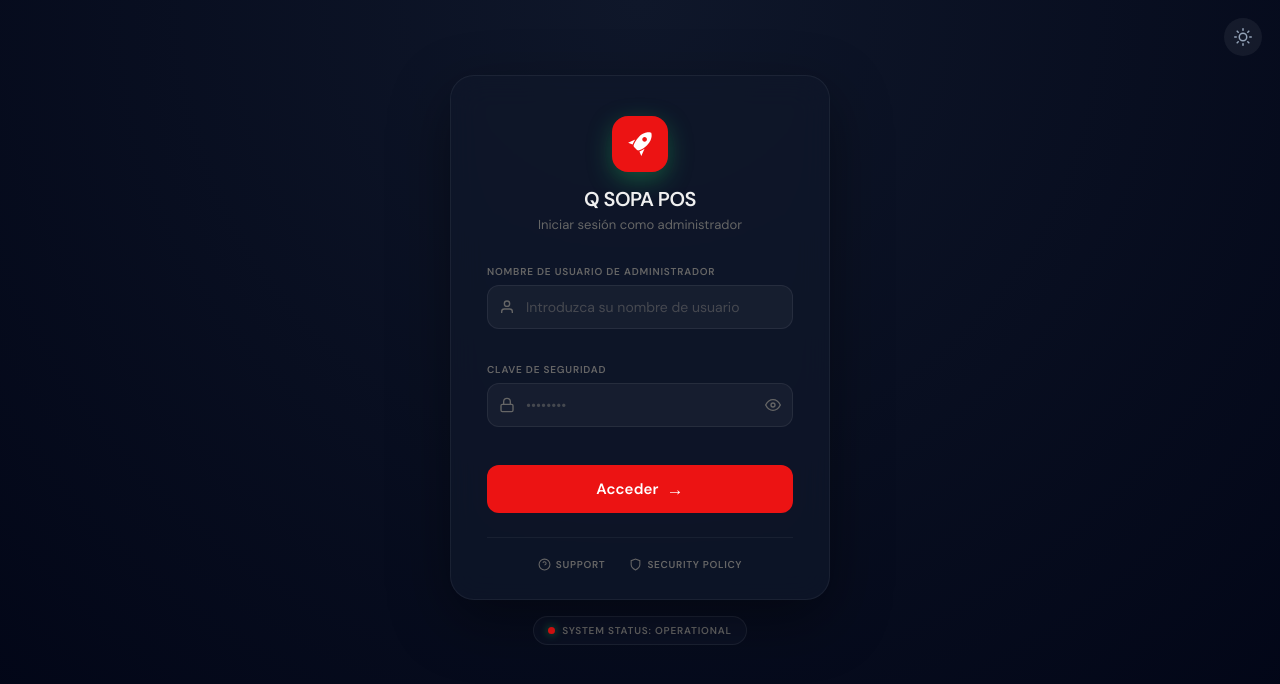
Repository: JhonnyDiaz4753/Admin_Q_sopa
Page: /pos
An editor plug-in stored every save of this project. The page is shown before and after the next save, followed by the edit.
The browser window is 1280 px wide. The pictures show the whole page.
The project was rebuilt for these pictures with package versions that can differ from the ones it lists, and the page was loaded fresh each time. Also part of the build but not shown: vite.config.js, src/components/Sidebar/Sidebar.jsx, src/components/Topbar/Topbar.css, src/components/Topbar/Topbar.jsx, src/components/AdminLayout.css, src/components/AdminLayout.jsx, src/components/Dashboard/Dashboard.css, src/components/Dashboard/Dashboard.jsx and 10 more.

Above is the page before, as saved 2026-03-18 16:29:37.

### index.html
<!doctype html>
<html lang="en">
  <head>
    <meta charset="UTF-8" />
    <link rel="icon" type="image/svg+xml" href="src/assets/logo_Q-spoa.jpg" />
    <meta name="viewport" content="width=device-width, initial-scale=1.0" />
    <title>admin-q-sopa</title>
    <!-- Material Symbols -->
    <link
      href="https://fonts.googleapis.com/css2?family=Material+Symbols+Outlined:opsz,wght,FILL,GRAD@20..48,100..700,0..1,-50..200"
      rel="stylesheet"
    />
    <!-- Google Fonts -->
    <link
      href="https://fonts.googleapis.com/css2?family=DM+Sans:wght@300;400;500;600&family=DM+Mono:wght@400;500&display=swap"
      rel="stylesheet"
    />
  </head>
  <body>
    <div id="root"></div>
    <script type="module" src="/src/main.jsx"></script>
  </body>
</html>

### src/main.jsx
import { StrictMode } from 'react'
import { createRoot } from 'react-dom/client'
import "./index.css"
import "./theme.css"
import App from './App.jsx'

createRoot(document.getElementById('root')).render(
  <StrictMode>
    <App />
  </StrictMode>,
)

### src/index.css
/* Reset limpio — todo lo maneja theme.css */
*, *::before, *::after {
  box-sizing: border-box;
  margin: 0;
  padding: 0;
}

### src/theme.css

:root {
  --accent:          #ec1313;
  --accent-hover:    #c40b0b;
  --accent-soft:     rgba(236,19,19,0.10);
  --accent-glow:     rgba(236,19,19,0.25);

  --bg-page:         #0f0f0f;
  --bg-sidebar:      #141414;
  --bg-card:         #1a1a1a;
  --bg-element:      #222222;
  --bg-input:        #1e1e1e;

  --border:          #2a2a2a;
  --border-light:    #333333;

  --text-1:          #f0f0f0;
  --text-2:          #aaaaaa;
  --text-3:          #666666;

  --success:         #22c55e;
  --warning:         #f59e0b;
  --info:            #3b82f6;

  --sidebar-w:       240px;
  --topbar-h:        64px;
  --radius:          10px;
  --radius-lg:       16px;

  --font-main:       'DM Sans', sans-serif;
  --font-mono:       'DM Mono', monospace;

  --transition:      background-color 0.25s ease, color 0.25s ease, border-color 0.25s ease;
}

html.light {
  --bg-page:         #f2f2f0;
  --bg-sidebar:      #ffffff;
  --bg-card:         #ffffff;
  --bg-element:      #f0f0ee;
  --bg-input:        #f7f7f5;

  --border:          #e5e5e0;
  --border-light:    #d8d8d3;

  --text-1:          #111111;
  --text-2:          #555555;
  --text-3:          #999999;
}

*, *::before, *::after {
  box-sizing: border-box;
  margin: 0;
  padding: 0;
  transition: var(--transition);
}

body {
  font-family: var(--font-main);
  background: var(--bg-page);
  color: var(--text-1);
  min-height: 100vh;
  font-size: 14px;
  -webkit-font-smoothing: antialiased;
}

#root {

  min-height: 100vh;
}

button { font-family: var(--font-main); cursor: pointer; }
input, select, textarea { font-family: var(--font-main); }
a { text-decoration: none; color: inherit; }

### src/App.jsx
import { useState } from "react";
import { BrowserRouter, Routes, Route } from "react-router-dom";
import "./theme.css";
import AdminLayout  from "./components/AdminLayout";
import Dashboard    from "./components/Dashboard/Dashboard";
import Categorias   from "./components/Categorias/Categorias";
import Productos    from "./components/Productos/Productos";
import Ingredientes from "./components/Ingredientes/Ingredientes";
import POS          from "./components/POS/POS";
import Ventas       from "./components/Ventas/Ventas";
import Login        from "./components/Login/Login";
import { ToastContainer } from "react-toastify";
import { useTheme } from "./hooks/useTheme";

function App() {
  const { theme } = useTheme();

  // Verifica si ya hay token guardado al cargar la app
  const [auth, setAuth] = useState(
    () => !!localStorage.getItem("admin-token")
  );

  const handleLogin = () => setAuth(true);

  const handleLogout = () => {
    localStorage.removeItem("admin-token");
    setAuth(false);
  };

  // Si no está autenticado → pantalla de login
  if (!auth) {
    return (
      <>
        <ToastContainer
          position="bottom-right"
          autoClose={3000}
          hideProgressBar={false}
          newestOnTop
          closeOnClick
          pauseOnHover
          theme={theme}
        />
        <Login onLogin={handleLogin} />
      </>
    );
  }

  // Si está autenticado → app completa
  return (
    <BrowserRouter>
      <ToastContainer
        position="bottom-right"
        autoClose={3000}
        hideProgressBar={false}
        newestOnTop
        closeOnClick
        pauseOnHover
        theme={theme}
      />
      <Routes>
        <Route element={<AdminLayout onLogout={handleLogout} />}>
          <Route index               element={<Dashboard />}    />
          <Route path="pos"          element={<POS />}          />
          <Route path="productos"    element={<Productos />}    />
          <Route path="categorias"   element={<Categorias />}   />
          <Route path="ingredientes" element={<Ingredientes />} />
          <Route path="ventas"       element={<Ventas />}       />
        </Route>
      </Routes>
    </BrowserRouter>
  );
}

export default App;

### src/components/Login/Login.jsx
import { useState } from "react";
import { login } from "../../services/api";
import { useTheme } from "../../hooks/useTheme";
import "./Login.css";


export default function Login({ onLogin }) {
  const [form, setForm] = useState({ username: "", password: "" });
  const [error, setError] = useState(null);
  const [loading, setLoading] = useState(false);
  const [showPassword, setShowPassword] = useState(false);
  const { theme, toggle } = useTheme();

  const handleSubmit = async e => {
    e.preventDefault();
    setLoading(true);
    setError(null);
    try {
      const data = await login(form.username, form.password);
      if (data.token) {
        localStorage.setItem("admin-token", data.token);
        onLogin();
      } else {
        setError(data.error ?? "Credenciales inválidas");
      }
    } catch {
      setError("Error de conexión");
    } finally {
      setLoading(false);
    }
  };

  return (
    <div className="login-wrapper">

      {/* ── Theme toggle ── */}
      <button
        className="theme-toggle"
        onClick={toggle}
        title={theme === "dark" ? "Modo claro" : "Modo oscuro"}
        type="button"
      >
        {theme === "dark" ? (
          <svg width="18" height="18" viewBox="0 0 24 24" fill="none" stroke="currentColor" strokeWidth="2" strokeLinecap="round" strokeLinejoin="round">
            <circle cx="12" cy="12" r="5"/>
            <line x1="12" y1="1" x2="12" y2="3"/><line x1="12" y1="21" x2="12" y2="23"/>
            <line x1="4.22" y1="4.22" x2="5.64" y2="5.64"/><line x1="18.36" y1="18.36" x2="19.78" y2="19.78"/>
            <line x1="1" y1="12" x2="3" y2="12"/><line x1="21" y1="12" x2="23" y2="12"/>
            <line x1="4.22" y1="19.78" x2="5.64" y2="18.36"/><line x1="18.36" y1="5.64" x2="19.78" y2="4.22"/>
          </svg>
        ) : (
          <svg width="18" height="18" viewBox="0 0 24 24" fill="none" stroke="currentColor" strokeWidth="2" strokeLinecap="round" strokeLinejoin="round">
            <path d="M21 12.79A9 9 0 1 1 11.21 3 7 7 0 0 0 21 12.79z"/>
          </svg>
        )}
      </button>

      <div className="login-card">

        {/* ── Header ── */}
        <div className="login-header">
          <div className="login-logo">
            <svg width="28" height="28" viewBox="0 0 24 24" fill="white">
              <path d="M13.13 22.19L11.5 18.36C13.07 17.78 14.54 17 15.9 16.09L13.13 22.19ZM5.64 12.5L1.81 10.87L7.91 8.1C7 9.46 6.22 10.93 5.64 12.5ZM21.61 2.39C21.61 2.39 16.66 .269 11 5.93C8.81 8.12 7.5 10.53 6.65 12.64C6.37 13.39 6.56 14.21 7.11 14.77L9.24 16.89C9.79 17.45 10.61 17.63 11.36 17.35C13.5 16.53 15.88 15.19 18.07 13C23.73 7.34 21.61 2.39 21.61 2.39ZM14.54 9.46C13.76 8.68 13.76 7.41 14.54 6.63C15.32 5.85 16.59 5.85 17.37 6.63C18.14 7.41 18.15 8.68 17.37 9.46C16.59 10.24 15.32 10.24 14.54 9.46Z"/>
            </svg>
          </div>
          <h1 className="login-brand"> Q SOPA POS</h1>
          <p className="login-subtitle">Iniciar sesión como administrador</p>
        </div>

        <form onSubmit={handleSubmit} className="login-form">

          {/* Username */}
          <div className="form-group">
            <label>NOMBRE DE USUARIO DE ADMINISTRADOR</label>
            <div className="input-wrapper">
              <span className="input-icon">
                <svg width="16" height="16" viewBox="0 0 24 24" fill="none" stroke="currentColor" strokeWidth="2">
                  <path d="M20 21v-2a4 4 0 0 0-4-4H8a4 4 0 0 0-4 4v2"/>
                  <circle cx="12" cy="7" r="4"/>
                </svg>
              </span>
              <input
                type="text"
                placeholder="Introduzca su nombre de usuario"
                value={form.username}
                onChange={e => setForm(f => ({ ...f, username: e.target.value }))}
                required
              />
            </div>
          </div>

          {/* Password */}
          <div className="form-group">
            <div className="form-group-header">
              <label>CLAVE DE SEGURIDAD</label>

            </div>
            <div className="input-wrapper">
              <span className="input-icon">
                <svg width="16" height="16" viewBox="0 0 24 24" fill="none" stroke="currentColor" strokeWidth="2">
                  <rect x="3" y="11" width="18" height="11" rx="2" ry="2"/>
                  <path d="M7 11V7a5 5 0 0 1 10 0v4"/>
                </svg>
              </span>
              <input
                type={showPassword ? "text" : "password"}
                placeholder="••••••••"
                value={form.password}
                onChange={e => setForm(f => ({ ...f, password: e.target.value }))}
                required
              />
              <button type="button" className="toggle-password" onClick={() => setShowPassword(v => !v)} tabIndex={-1}>
                {showPassword ? (
                  <svg width="16" height="16" viewBox="0 0 24 24" fill="none" stroke="currentColor" strokeWidth="2">
                    <path d="M17.94 17.94A10.07 10.07 0 0 1 12 20c-7 0-11-8-11-8a18.45 18.45 0 0 1 5.06-5.94"/>
                    <path d="M9.9 4.24A9.12 9.12 0 0 1 12 4c7 0 11 8 11 8a18.5 18.5 0 0 1-2.16 3.19"/>
                    <line x1="1" y1="1" x2="23" y2="23"/>
                  </svg>
                ) : (
                  <svg width="16" height="16" viewBox="0 0 24 24" fill="none" stroke="currentColor" strokeWidth="2">
                    <path d="M1 12s4-8 11-8 11 8 11 8-4 8-11 8-11-8-11-8z"/>
                    <circle cx="12" cy="12" r="3"/>
                  </svg>
                )}
              </button>
            </div>
          </div>

          {error && <div className="login-error">{error}</div>}

          <button className="login-btn" disabled={loading}>
            {loading ? "Verificando..." : <><span>Acceder</span><span className="btn-arrow">→</span></>}
          </button>
        </form>

        {/* Footer */}
        <div className="login-footer">
          <a href="#" className="footer-link">
            <svg width="13" height="13" viewBox="0 0 24 24" fill="none" stroke="currentColor" strokeWidth="2">
              <circle cx="12" cy="12" r="10"/>
              <path d="M9.09 9a3 3 0 0 1 5.83 1c0 2-3 3-3 3"/>
              <line x1="12" y1="17" x2="12.01" y2="17"/>
            </svg>
            SUPPORT
          </a>
          <a href="#" className="footer-link">
            <svg width="13" height="13" viewBox="0 0 24 24" fill="none" stroke="currentColor" strokeWidth="2">
              <path d="M12 22s8-4 8-10V5l-8-3-8 3v7c0 6 8 10 8 10z"/>
            </svg>
            SECURITY POLICY
          </a>
        </div>
      </div>

      {/* System status */}
      <div className="system-status">
        <span className="status-dot"></span>
        SYSTEM STATUS: OPERATIONAL
      </div>
    </div>
  );
}

### src/components/shared/Modal.css
.modal-overlay {
  position: fixed; inset: 0;
  background: rgba(0,0,0,0.7);
  backdrop-filter: blur(4px);
  z-index: 200;
  display: flex; align-items: center; justify-content: center;
  padding: 20px;
  animation: fadeIn 0.15s ease;
}
@keyframes fadeIn { from { opacity: 0; } to { opacity: 1; } }

.modal-box {
  background: var(--bg-card);
  border: 1px solid var(--border-light);
  border-radius: var(--radius-lg);
  width: 100%; max-width: 480px;
  max-height: 90vh; overflow-y: auto;
  scrollbar-width: none;
  animation: slideUp 0.2s cubic-bezier(0.34,1.56,0.64,1);
}
.modal-box::-webkit-scrollbar { display: none; }
@keyframes slideUp {
  from { opacity: 0; transform: scale(0.94) translateY(16px); }
  to   { opacity: 1; transform: scale(1) translateY(0); }
}

.modal-header {
  display: flex; align-items: center; justify-content: space-between;
  padding: 20px 24px 16px;
  border-bottom: 1px solid var(--border);
}
.modal-title { font-size: 16px; font-weight: 600; color: var(--text-1); }
.modal-close {
  width: 32px; height: 32px; border-radius: 50%;
  background: var(--bg-element); border: none;
  color: var(--text-2); display: flex; align-items: center; justify-content: center;
  transition: all 0.2s;
}
.modal-close:hover { background: var(--accent); color: white; transform: rotate(90deg); }
.modal-close .material-symbols-outlined { font-size: 18px; }

.modal-body { padding: 20px 24px 24px; }

/* Form styles reutilizables */
.form-group {
  display: flex; flex-direction: column; gap: 6px;
  margin-bottom: 16px;
}
.form-group:last-child { margin-bottom: 0; }
.form-label {
  font-size: 12px; font-weight: 600;
  color: var(--text-2); text-transform: uppercase; letter-spacing: 0.5px;
}
.form-input, .form-select, .form-textarea {
  background: var(--bg-input);
  border: 1px solid var(--border);
  border-radius: var(--radius);
  padding: 10px 12px;
  color: var(--text-1);
  font-size: 14px;
  outline: none;
  transition: border-color 0.2s;
  width: 100%;
}
.form-input:focus, .form-select:focus, .form-textarea:focus {
  border-color: var(--accent);
}
.form-textarea { resize: vertical; min-height: 80px; }
.form-select option { background: var(--bg-card); }

.form-row { display: grid; grid-template-columns: 1fr 1fr; gap: 12px; }

.form-toggle {
  display: flex; align-items: center; gap: 10px;
  padding: 10px 0;
}
.toggle-switch {
  position: relative; width: 40px; height: 22px;
}
.toggle-switch input { opacity: 0; width: 0; height: 0; }
.toggle-slider {
  position: absolute; inset: 0;
  background: var(--bg-element);
  border: 1px solid var(--border);
  border-radius: 22px;
  cursor: pointer;
  transition: 0.2s;
}
.toggle-slider::before {
  content: "";
  position: absolute;
  width: 16px; height: 16px;
  left: 2px; top: 2px;
  background: var(--text-3);
  border-radius: 50%;
  transition: 0.2s;
}
.toggle-switch input:checked + .toggle-slider { background: var(--accent); border-color: var(--accent); }
.toggle-switch input:checked + .toggle-slider::before { transform: translateX(18px); background: white; }
.toggle-label { font-size: 14px; color: var(--text-1); }

.form-actions {
  display: flex; gap: 10px; justify-content: flex-end;
  margin-top: 20px; padding-top: 16px;
  border-top: 1px solid var(--border);
}
.btn { padding: 9px 20px; border-radius: var(--radius); font-size: 13.5px; font-weight: 500; border: none; transition: all 0.2s; }
.btn-primary { background: var(--accent); color: white; }
.btn-primary:hover { background: var(--accent-hover); }
.btn-secondary { background: var(--bg-element); color: var(--text-1); border: 1px solid var(--border); }
.btn-secondary:hover { border-color: var(--border-light); }
.btn-danger { background: rgba(239,68,68,0.1); color: #ef4444; border: 1px solid rgba(239,68,68,0.2); }
.btn-danger:hover { background: #ef4444; color: white; }

### src/components/Sidebar/Sidebar.css
.sidebar {
  width: var(--sidebar-w);
  min-height: 100vh;
  background: var(--bg-sidebar);
  border-right: 1px solid var(--border);
  display: flex;
  flex-direction: column;
  position: fixed;
  top: 0; left: 0; bottom: 0;
  z-index: 50;
  transition: width 0.25s cubic-bezier(0.4,0,0.2,1),
              transform 0.25s cubic-bezier(0.4,0,0.2,1);
  overflow: hidden;
}

/* Desktop: colapsado */
.sidebar.collapsed { width: 64px; }

/* Header */
.sidebar-header {
  display: flex;
  align-items: center;
  justify-content: space-between;
  padding: 16px 12px;
  border-bottom: 1px solid var(--border);
  min-height: var(--topbar-h);
}

.sidebar-brand {
  display: flex;
  align-items: center;
  gap: 10px;
  overflow: hidden;
}

.sidebar-logo {
  width: 36px;
  height: 36px;
  border-radius: 50%;
  object-fit: cover;
  border: 2px solid var(--accent);
  flex-shrink: 0;
}

.sidebar-name {
  font-size: 15px;
  font-weight: 600;
  color: var(--text-1);
  white-space: nowrap;
}

.sidebar-toggle {
  background: none;
  border: none;
  color: var(--text-3);
  width: 32px;
  height: 32px;
  border-radius: 8px;
  display: flex;
  align-items: center;
  justify-content: center;
  flex-shrink: 0;
}
.sidebar-toggle:hover { background: var(--bg-element); color: var(--text-1); }
.sidebar-toggle .material-symbols-outlined { font-size: 20px; }

/* Nav */
.sidebar-nav {
  flex: 1;
  padding: 12px 8px;
  display: flex;
  flex-direction: column;
  gap: 2px;
  overflow-y: auto;
  scrollbar-width: none;
}
.sidebar-nav::-webkit-scrollbar { display: none; }

.nav-item {
  display: flex;
  align-items: center;
  gap: 10px;
  padding: 10px 12px;
  border-radius: var(--radius);
  color: var(--text-2);
  position: relative;
  white-space: nowrap;
  overflow: hidden;
}
.nav-item:hover { background: var(--bg-element); color: var(--text-1); }
.nav-item.active { background: var(--accent-soft); color: var(--accent); }

.nav-icon { font-size: 20px; flex-shrink: 0; }
.nav-label { font-size: 13.5px; font-weight: 500; }

.nav-indicator {
  position: absolute;
  right: 10px;
  width: 6px; height: 6px;
  border-radius: 50%;
  background: var(--accent);
  opacity: 0;
}
.nav-item.active .nav-indicator { opacity: 1; }

/* Footer */
.sidebar-footer {
  padding: 12px 16px;
  border-top: 1px solid var(--border);
}
.sidebar-version { font-size: 11px; color: var(--text-3); font-family: var(--font-mono); }

/* ── MOBILE ≤768px: sidebar oculto por defecto, visible con .mobile-open ── */
@media (max-width: 768px) {
  .sidebar {
    transform: translateX(-100%);
    width: var(--sidebar-w) !important; /* siempre ancho completo en móvil */
  }
  .sidebar.mobile-open {
    transform: translateX(0);
  }
  /* Ocultar botón collapse en móvil — no tiene sentido */
  .sidebar-toggle { display: none; }
}

/* ── DESKTOP ≥769px: sidebar siempre visible, nunca translateX ── */
@media (min-width: 769px) {
  .sidebar {
    transform: translateX(0) !important;
  }
}

Loaded but not shown: src/services/api.js (75 lines, source omitted); src/hooks/useTheme.js (16 lines, source omitted); src/components/Login/Login.css (323 lines, source omitted)

After the next save:
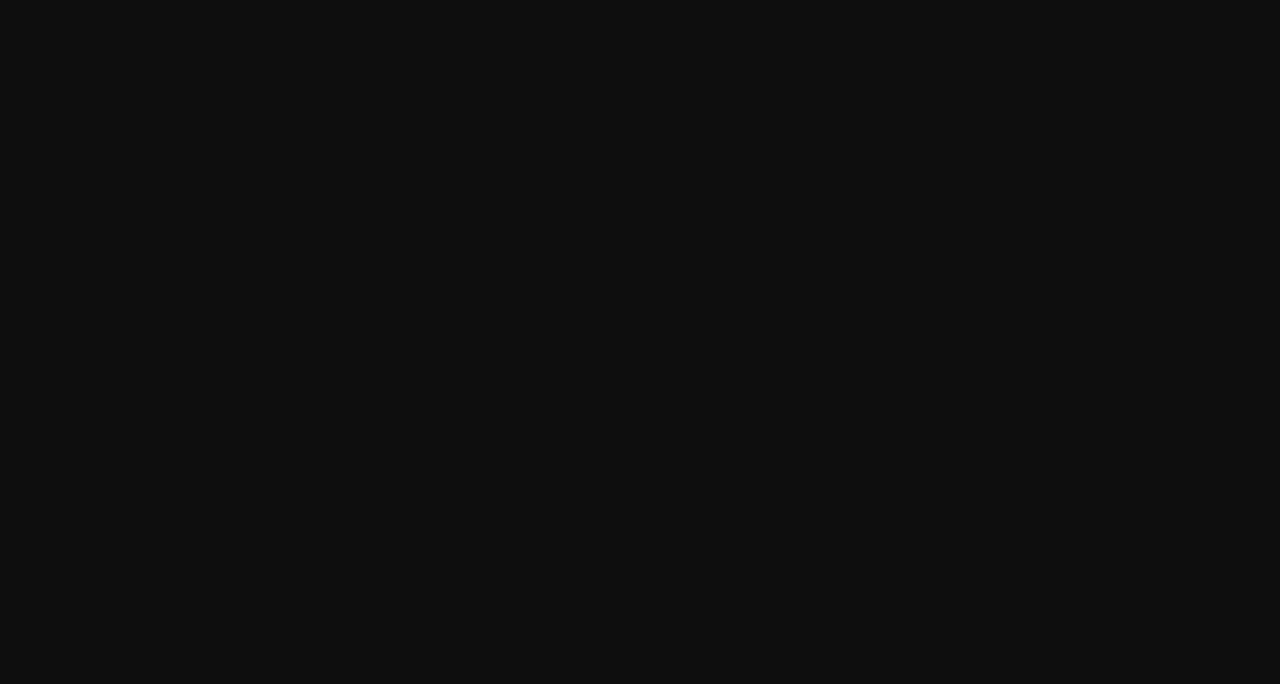
Console error: ReferenceError: logo is not defined
Saved 77 s later.
--- a/src/components/Login/Login.jsx
+++ b/src/components/Login/Login.jsx
@@ -41,13 +41,7 @@
         type="button"
       >
         {theme === "dark" ? (
-          <svg width="18" height="18" viewBox="0 0 24 24" fill="none" stroke="currentColor" strokeWidth="2" strokeLinecap="round" strokeLinejoin="round">
-            <circle cx="12" cy="12" r="5"/>
-            <line x1="12" y1="1" x2="12" y2="3"/><line x1="12" y1="21" x2="12" y2="23"/>
-            <line x1="4.22" y1="4.22" x2="5.64" y2="5.64"/><line x1="18.36" y1="18.36" x2="19.78" y2="19.78"/>
-            <line x1="1" y1="12" x2="3" y2="12"/><line x1="21" y1="12" x2="23" y2="12"/>
-            <line x1="4.22" y1="19.78" x2="5.64" y2="18.36"/><line x1="18.36" y1="5.64" x2="19.78" y2="4.22"/>
-          </svg>
+  <img src={logo} alt="logo" className="sidebar-logo" />
         ) : (
           <svg width="18" height="18" viewBox="0 0 24 24" fill="none" stroke="currentColor" strokeWidth="2" strokeLinecap="round" strokeLinejoin="round">
             <path d="M21 12.79A9 9 0 1 1 11.21 3 7 7 0 0 0 21 12.79z"/>

After the 2 saves that followed:
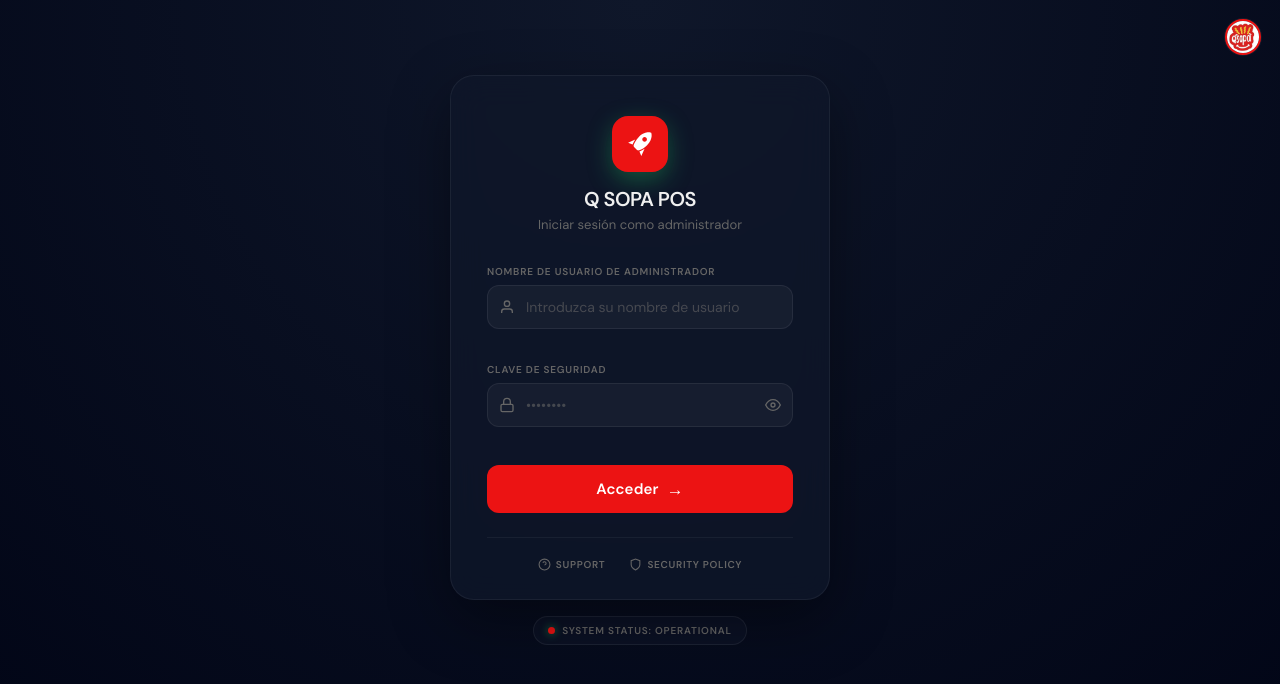
The error is gone.
The 2 saves are shown as one change because 1 left the picture as it was.
The last was saved 21 s later.
--- a/src/components/Login/Login.jsx
+++ b/src/components/Login/Login.jsx
@@ -2,6 +2,7 @@
 import { login } from "../../services/api";
 import { useTheme } from "../../hooks/useTheme";
 import "./Login.css";
+import logo from "../../assets/logo_Q-spoa.jpg";
 
 
 export default function Login({ onLogin }) {
@@ -43,9 +44,7 @@
         {theme === "dark" ? (
   <img src={logo} alt="logo" className="sidebar-logo" />
         ) : (
-          <svg width="18" height="18" viewBox="0 0 24 24" fill="none" stroke="currentColor" strokeWidth="2" strokeLinecap="round" strokeLinejoin="round">
-            <path d="M21 12.79A9 9 0 1 1 11.21 3 7 7 0 0 0 21 12.79z"/>
-          </svg>
+  <img src={logo} alt="logo" className="sidebar-logo" />
         )}
       </button>
 
